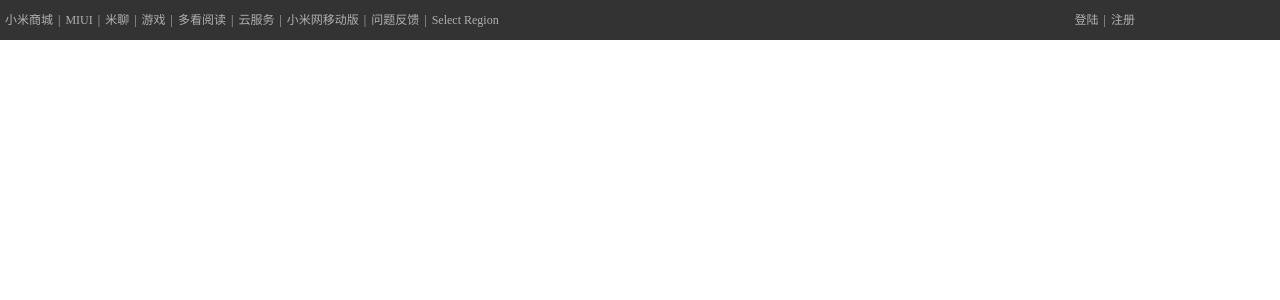
Repository: jijiajia19/mvue-by-jacle
Page: /
The author's editor kept a copy of each file at every save. The page is drawn from the files as they stood at one save, then again after a run of saves.
The browser window is 1280 px wide. The pictures show the whole page.
The project was rebuilt for these pictures with package versions that can differ from the ones it lists, and the page was loaded fresh each time. Also part of the build but not shown: vue.config.js.

Above is the page before, as saved 2022-02-22 15:03:57.

After the next 2 saves:
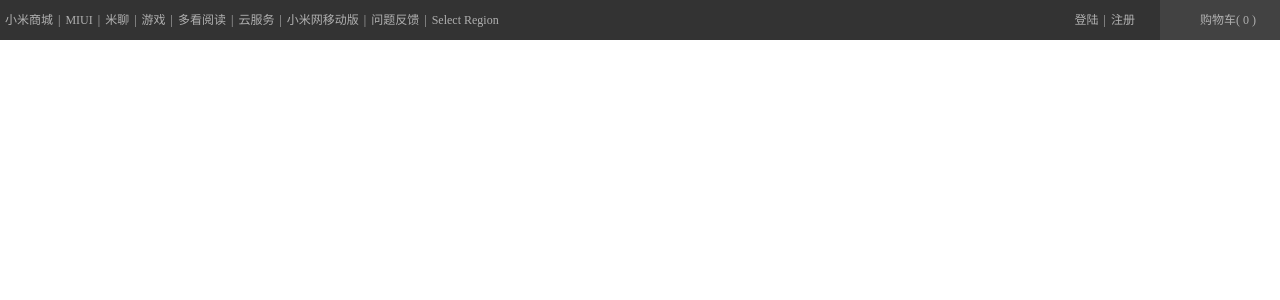
The 2 saves are shown as one change because 1 did not build or start.
The last was saved 101 s later.
--- a/src/components/Header.vue
+++ b/src/components/Header.vue
@@ -31,6 +31,23 @@
             >
             <span class="nav-separate" v-show="$index !== 8">|</span>
             <a href="https://account.xiaomi.com/pass/register">注册</a>
+        </div>
+        <div
+            class="topbar-cart fa cart-arrow-down"
+            @mouseenter="evtCartEnter"
+            @mouseleave="evtCartOut"
+        >
+            <div class="cart" :class="{ active: cartStatus }">
+                <i class="fa fa-cart-arrow-down icon-cart"></i>
+                <a href="http://static.mi.com/cart/">
+                    购物车(
+                    <span>0</span>
+                    )
+                </a>
+            </div>
+            <div class="cart-list" transition="fadein" v-show="cartStatus">
+                购物车中还没有商品，赶快选购吧！
+            </div>
         </div>
     </div>
 </template>
